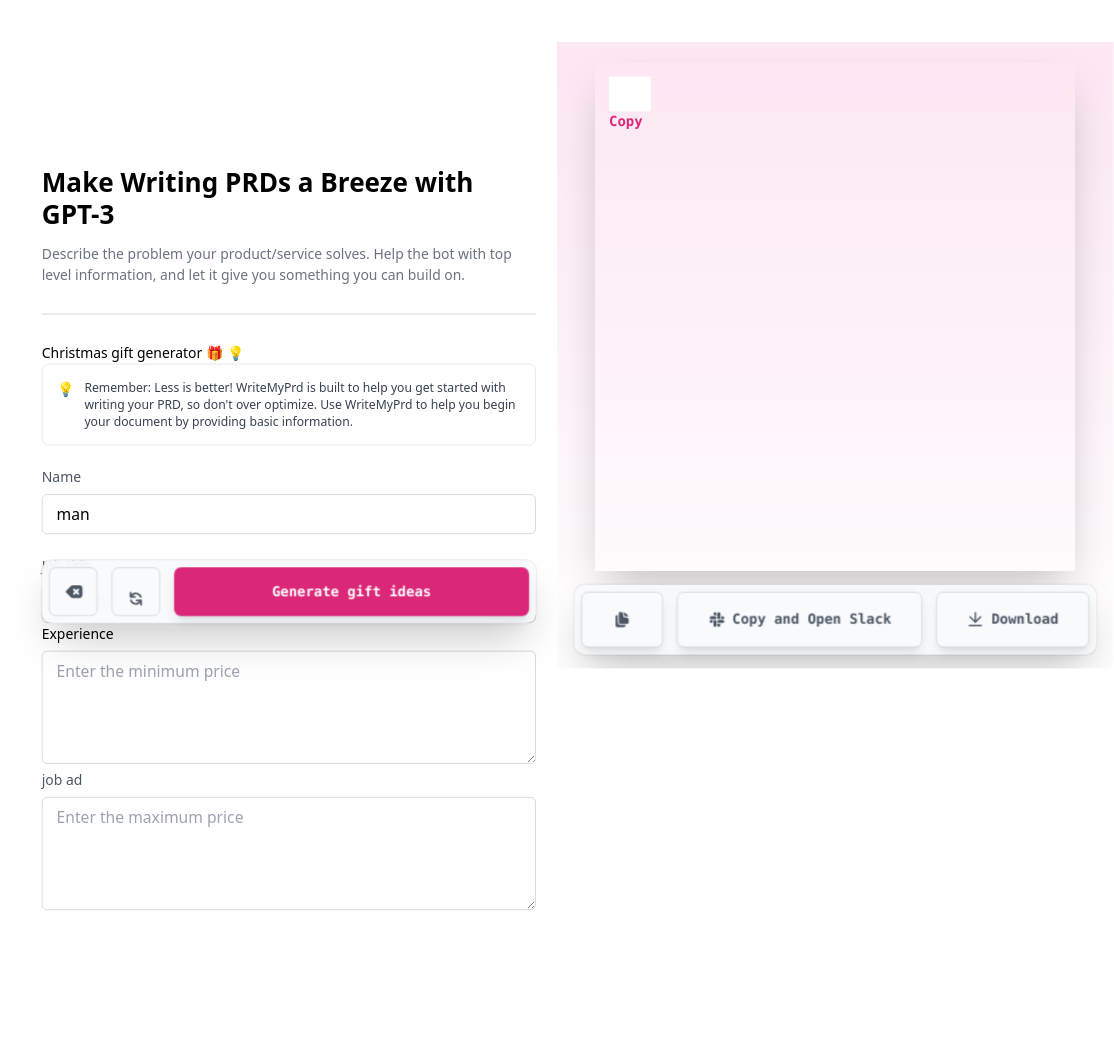
Repository: hamza-mastar/chatgpt-jpbad
Page: /
These files come from the project's save history. The page is drawn as it stood at one moment and after the next save; the edit follows.
The browser window is 1280 px wide. The pictures show the whole page, at 87% of full size.
The project was rebuilt for these pictures with package versions that can differ from the ones it lists, and the page was loaded fresh each time. The framework's server and built-in components were replaced by stand-ins that run in the browser.

Above is the page before, as saved 2023-01-30 17:03:48.

After the next save:
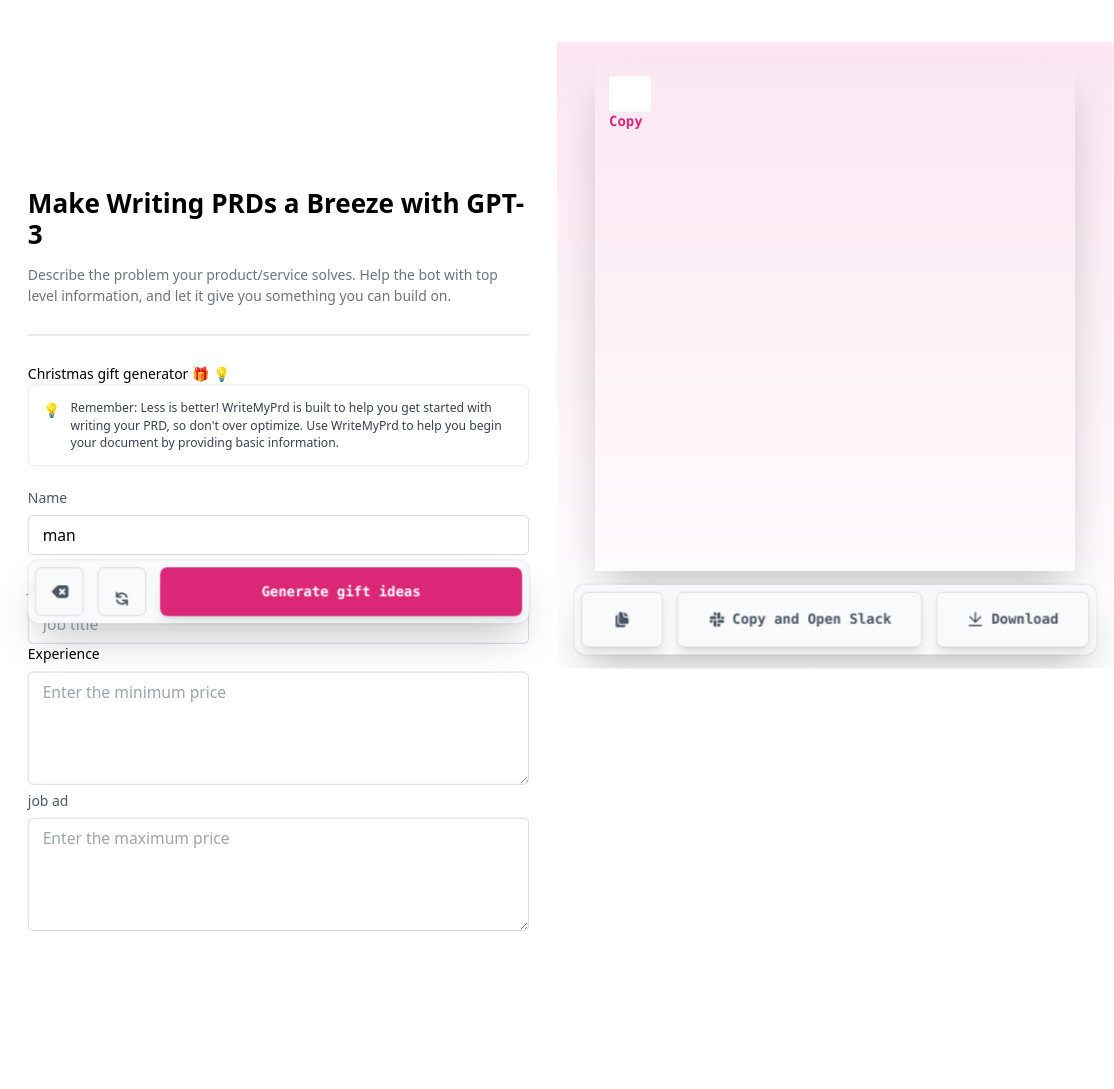
Saved 34 s later.
--- a/pages/index.js
+++ b/pages/index.js
@@ -54,8 +54,8 @@ export default function Home() {
 
 
 
-    <body class="h-full px-5 sm:px-6">
-
+    <boddy class="h-full px-5 sm:px-6">
+      <div class="flex relative sm:flex-col md: flex-col">
 
       <Head>
         <title>OpenAI Quickstart</title>
@@ -63,7 +63,6 @@ export default function Home() {
       </Head>
 
       <main className={styles.main}>
-      <div class="flex relative sm:flex-col md: flex-col">
      <div class="min-h-screen w-full lg:w-1/2 relative">
     <div class="h-full px-5 sm:px-6">
       <div class="h-full w-full max-w-xl mx-auto flex flex-col after:mt-auto after:flex-1">
@@ -195,11 +194,11 @@ export default function Home() {
         </div>
         </div>
         </div>
-        </div>
+
       </main>
-
-
-      </body>
+      </div>
+
+      </boddy>
 
 
     </>
